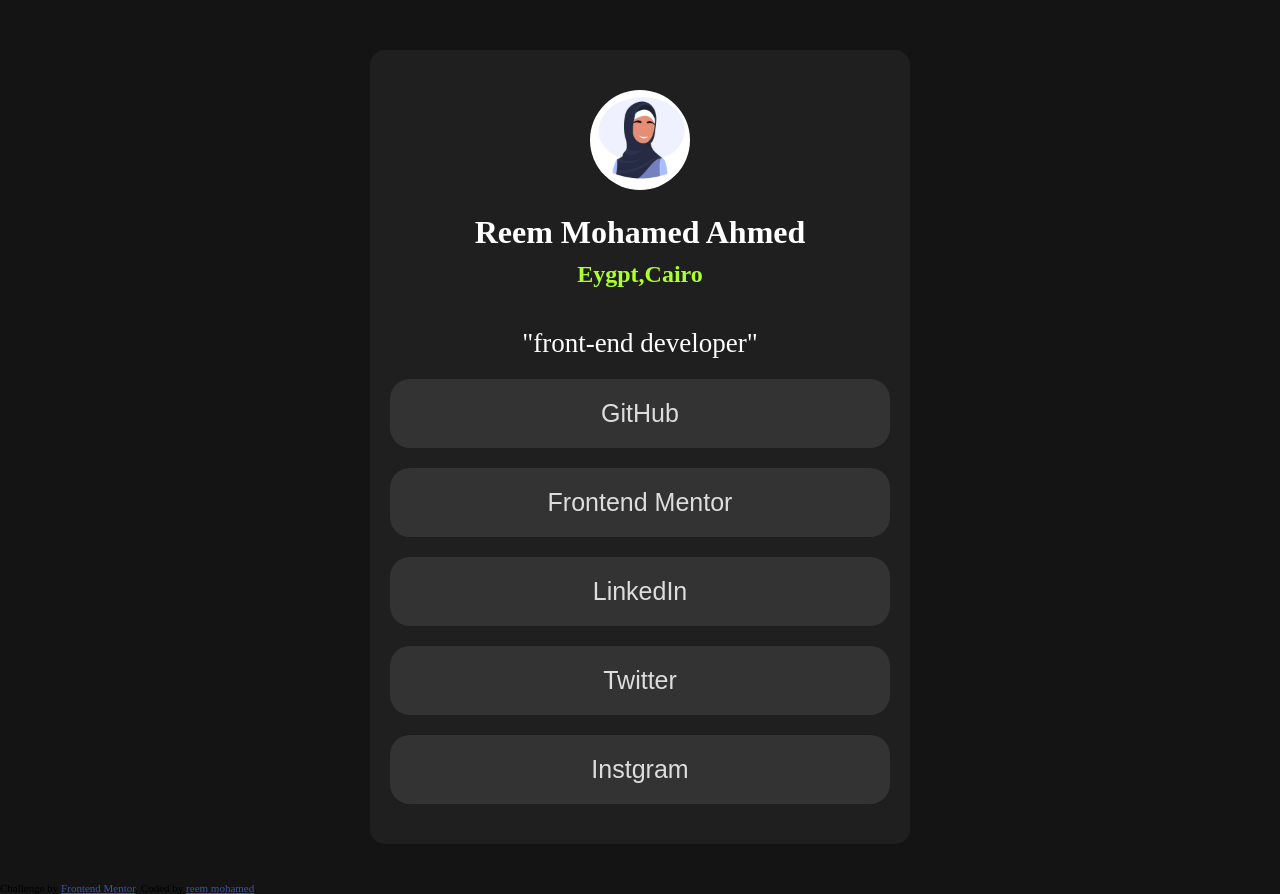
Repository: reemoon-ctrl/social_links_profile_main
Page: index.html
The author's editor kept a copy of each file at every save. The page is drawn from the files as they stood at one save, then again after a run of saves.
The browser window is 1280 px wide. The pictures show the whole page.
The pointer rests on the first visible `button`.

Above is the page before, as saved 2024-07-23 10:41:22.

After the next 2 saves:
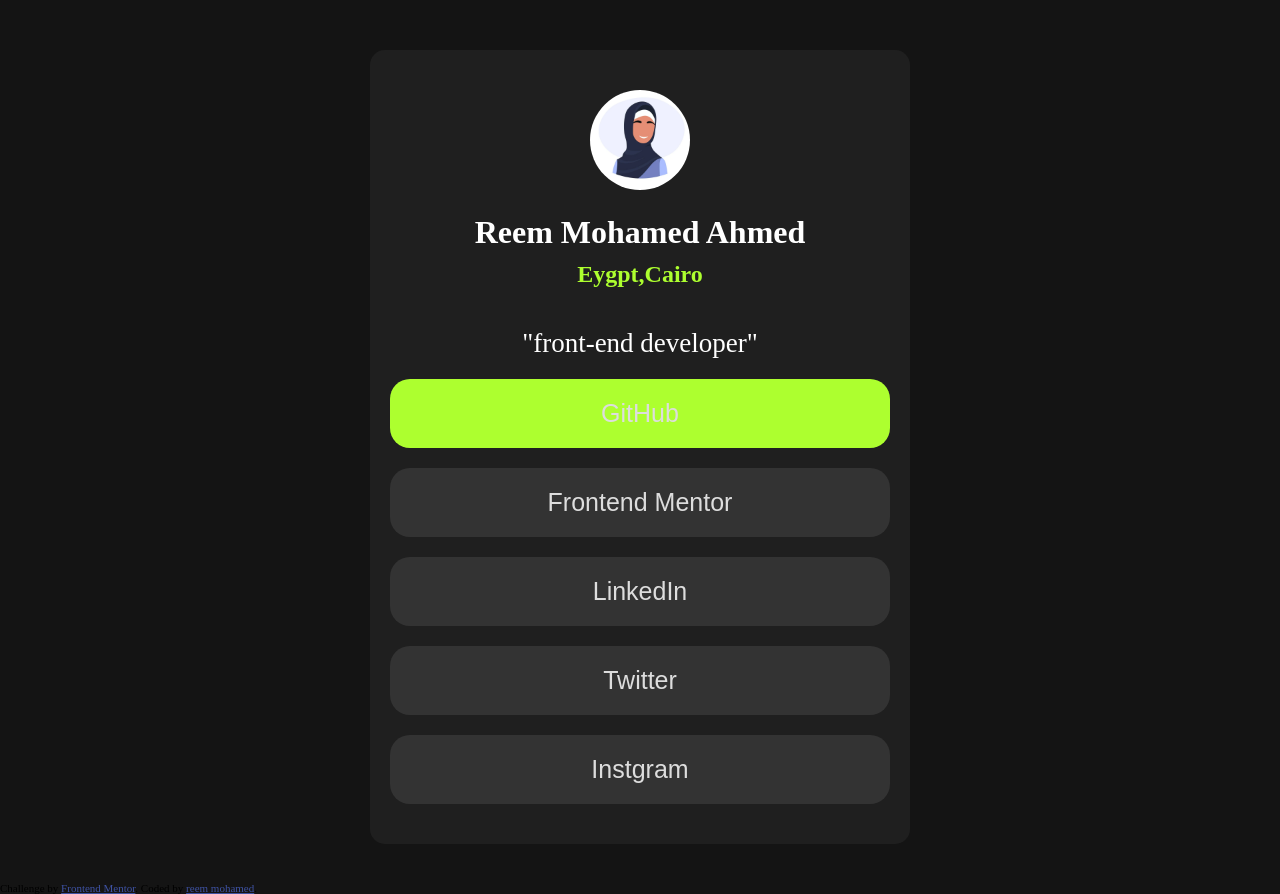
The 2 saves are shown as one change because they came seconds apart.
The last was saved 7 s later.
--- a/index.css
+++ b/index.css
@@ -64,7 +64,7 @@ button{
 
 }
 button:hover{
-    background: ;
+    background: greenyellow;
 }
 footer{
     position: absolute;
